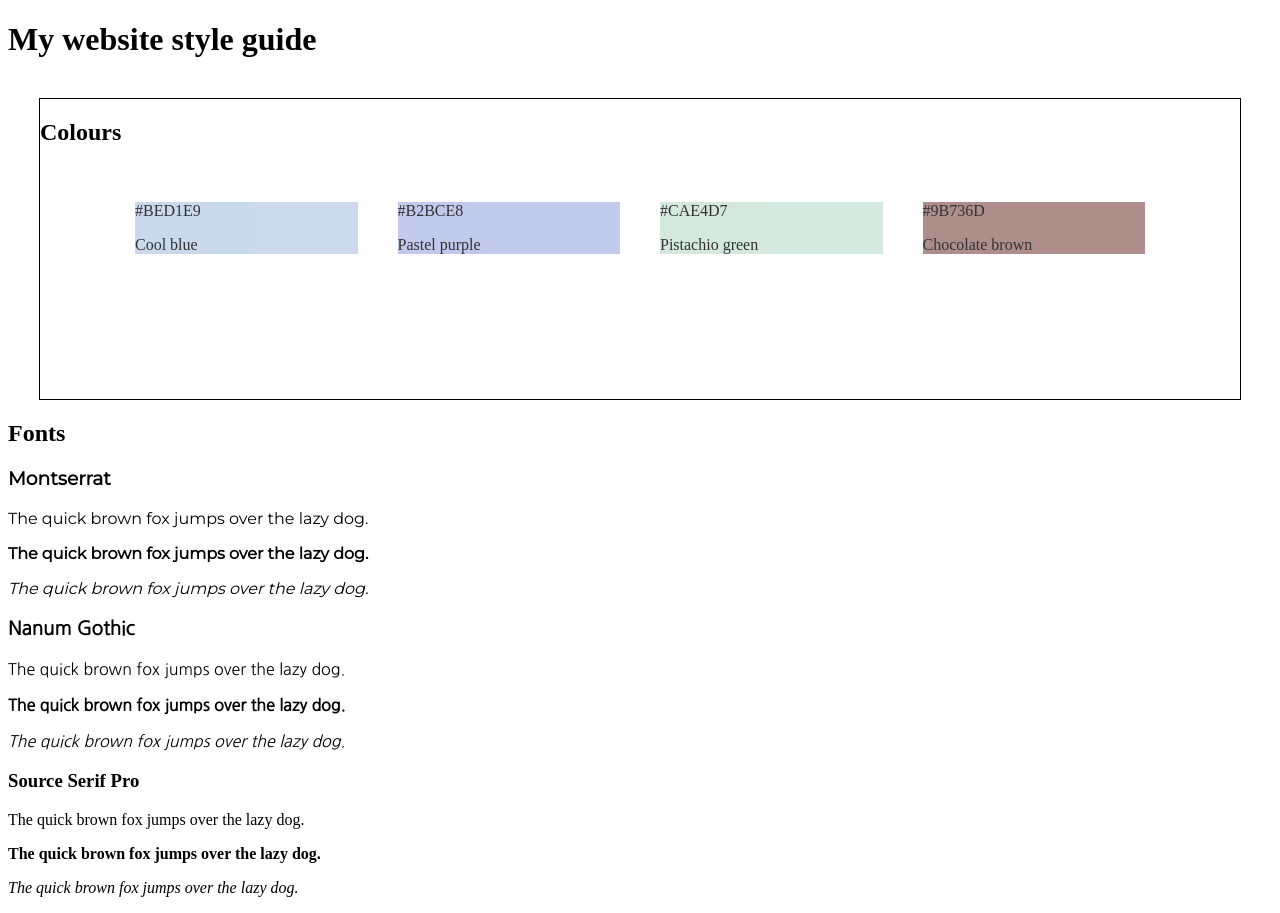
Repository: nazaninrizvi/codecademy
Page: Javascript/website-design-system/index.html
The author's editor kept a copy of each file at every save. The page is drawn from the files as they stood at one save, then again after the next save.
The browser window is 1280 px wide. The pictures show the whole page.
Some web fonts or font styles are not loaded; a fallback is used.

Above is the page before, as saved 2021-11-26 17:14:39.

### Javascript/website-design-system/index.html
<!DOCTYPE html>
<html>
    <head>
        <title>My website style guide</title>
        <link rel="stylesheet" href="styles.css" type="text/css" />
        <link rel="preconnect" href="https://fonts.googleapis.com">
<link rel="preconnect" href="https://fonts.gstatic.com" crossorigin>
<link rel="preconnect" href="https://fonts.googleapis.com">
<link rel="preconnect" href="https://fonts.gstatic.com" crossorigin>
<link href="https://fonts.googleapis.com/css2?family=Montserrat&family=Nanum+Gothic&family=Pacifico&family=Source+Serif+Pro:ital,wght@1,300&display=swap" rel="stylesheet">    </head>
    <body>
        <h1>My website style guide</h1>
        <div id="colors">
            <div class="colors-container">
                <h2>Colours</h2>
                <div class="colcontainer">
                    <div class="cols"><div id="coolblue">
                        <p>#BED1E9</p>
                        <p>Cool blue</p>
                    </div></div>

                    <div class="cols"><div id="pastelPurple">
                        <p>#B2BCE8</p>
                        <p>Pastel purple</p>
                    </div></div>

                    <div class="cols"><div id="pistachio">
                        <p>#CAE4D7</p>
                        <p>Pistachio green</p>
                    </div></div>

                    <div class="cols"><div id="brown">
                        <p>#9B736D</p>
                        <p>Chocolate brown</p>
                    </div></div>
                </div>
            </div>
        </div>
        <div id="fonts">
           <h2>Fonts</h2>
           <div class="fontcontainer">
               <div class='font' id='montserrat'>
                   <h3>Montserrat</h3>
                    <p>The quick brown fox jumps over the lazy dog.</p>
                    <p><b>The quick brown fox jumps over the lazy dog.</b></p>
                    <p><i>The quick brown fox jumps over the lazy dog.</i></p>                </i></p>
                </div>

                <div class='font' id="nanum">
                    <h3>Nanum Gothic</h3>
                     <p>The quick brown fox jumps over the lazy dog.</p>
                     <p><b>The quick brown fox jumps over the lazy dog.</b></p>
                     <p><i>The quick brown fox jumps over the lazy dog.</i></p>                </i></p>
                </div>

                <div class='font' id="sourceSerif">
                    <h3>Source Serif Pro</h3>
                     <p>The quick brown fox jumps over the lazy dog.</p>
                     <p><b>The quick brown fox jumps over the lazy dog.</b></p>
                     <p><i>The quick brown fox jumps over the lazy dog.</i></p>                </i></p>
                 </div>
           </div>
        </div>
    </body>
</html>

### Javascript/website-design-system/styles.css


.colors-container{
    height: 300px;
    max-width: 1200px;
    margin: 40px auto auto auto;
    border: 1px solid black;
  }

  .colcontainer{
    max-width: 1050px;
    margin: 15px auto auto auto;
    display: flex;
    justify-content: space-between;
  }

  .cols{
    height: 300px;
    padding: 20px;
    margin-bottom: auto;
    flex-basis: 30%;
    box-sizing: border-box;
    opacity: 0.8;
  }

#coolblue{
    background-color: #bed1e9;
  }

#pastelPurple{
    background-color: #B2BCE8;
}

#pistachio{
    background-color: #CAE4D7;
}

#brown{
    background-color: #9B736D;
}


#montserrat{
  font-family: 'Montserrat', sans-serif;
}

#nanum{
  font-family: 'Nanum Gothic', sans-serif;
}

#sourceSerif{
  font-family: 'Source Serif Pro', serif;
}

After the next save:
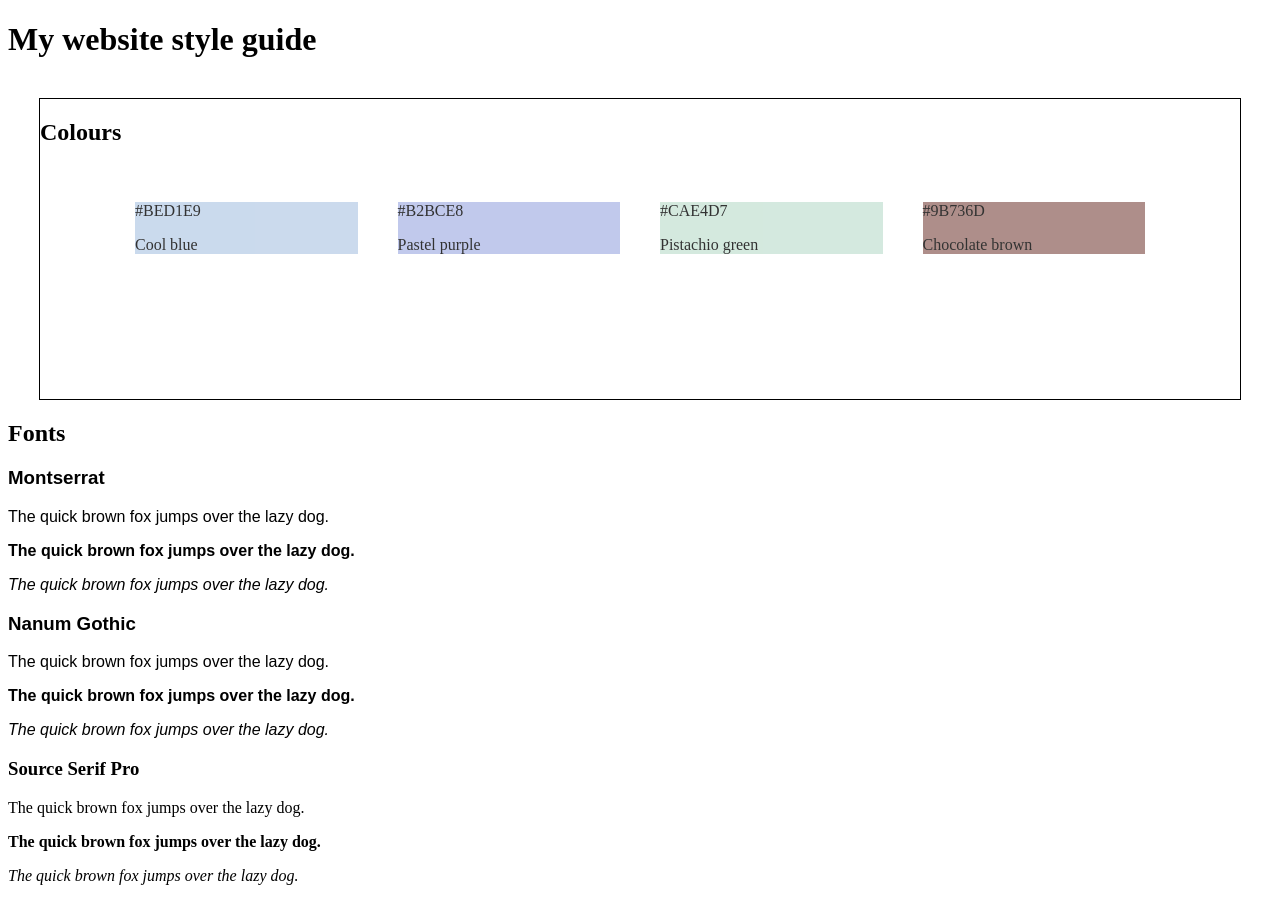
Saved 18 s later.
--- a/Javascript/website-design-system/index.html
+++ b/Javascript/website-design-system/index.html
@@ -3,12 +3,7 @@
     <head>
         <title>My website style guide</title>
         <link rel="stylesheet" href="styles.css" type="text/css" />
-        <link rel="preconnect" href="https://fonts.googleapis.com">
-<link rel="preconnect" href="https://fonts.gstatic.com" crossorigin>
-<link rel="preconnect" href="https://fonts.googleapis.com">
-<link rel="preconnect" href="https://fonts.gstatic.com" crossorigin>
-<link href="https://fonts.googleapis.com/css2?family=Montserrat&family=Nanum+Gothic&family=Pacifico&family=Source+Serif+Pro:ital,wght@1,300&display=swap" rel="stylesheet">    </head>
-    <body>
+          <body>
         <h1>My website style guide</h1>
         <div id="colors">
             <div class="colors-container">

After the save that followed:
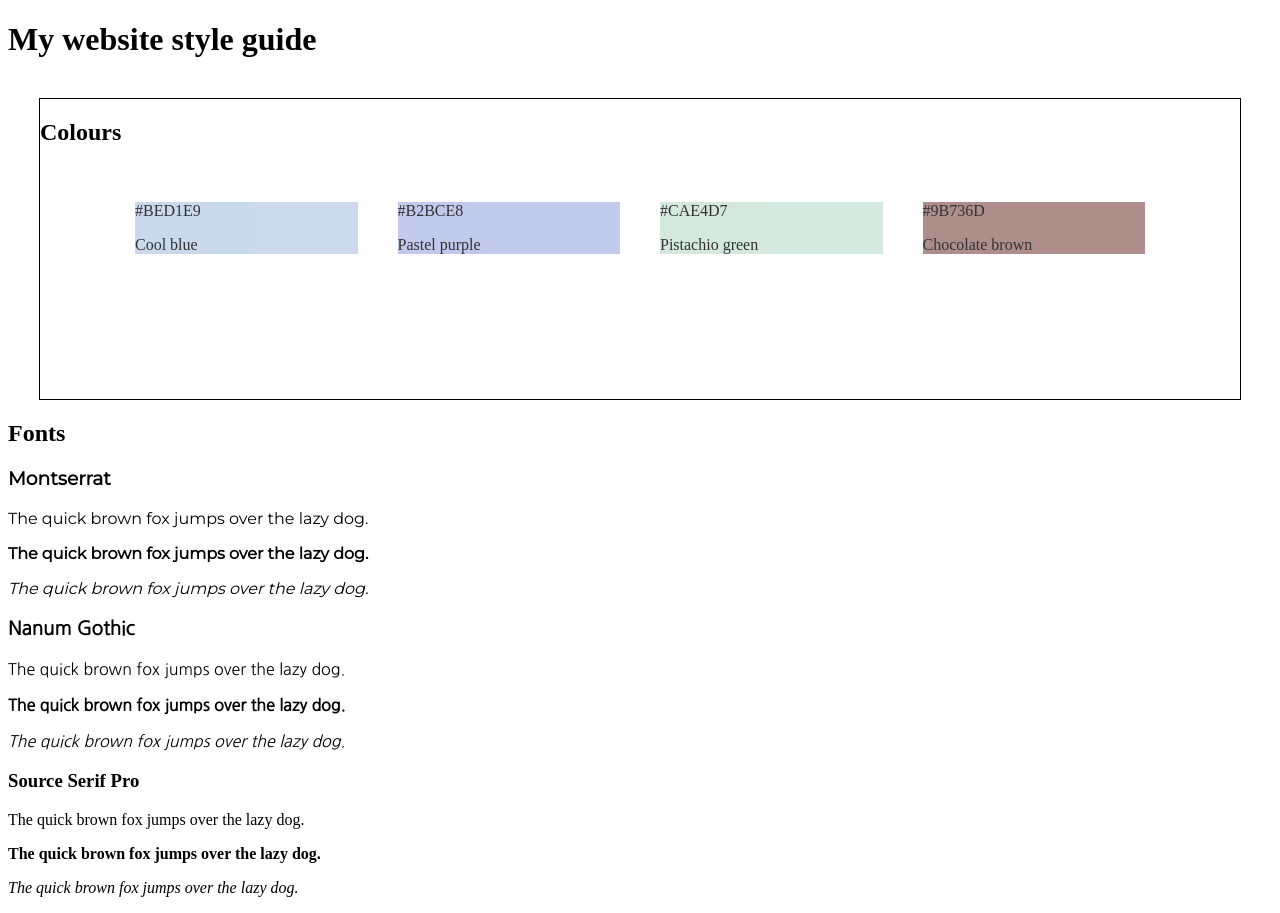
Saved 4 s later.
--- a/Javascript/website-design-system/index.html
+++ b/Javascript/website-design-system/index.html
@@ -3,7 +3,10 @@
     <head>
         <title>My website style guide</title>
         <link rel="stylesheet" href="styles.css" type="text/css" />
-          <body>
+        <link rel="preconnect" href="https://fonts.googleapis.com">
+<link rel="preconnect" href="https://fonts.gstatic.com" crossorigin>
+<link href="https://fonts.googleapis.com/css2?family=Montserrat&family=Nanum+Gothic&family=Source+Serif+Pro:ital,wght@1,300&display=swap" rel="stylesheet">
+        <body>
         <h1>My website style guide</h1>
         <div id="colors">
             <div class="colors-container">
